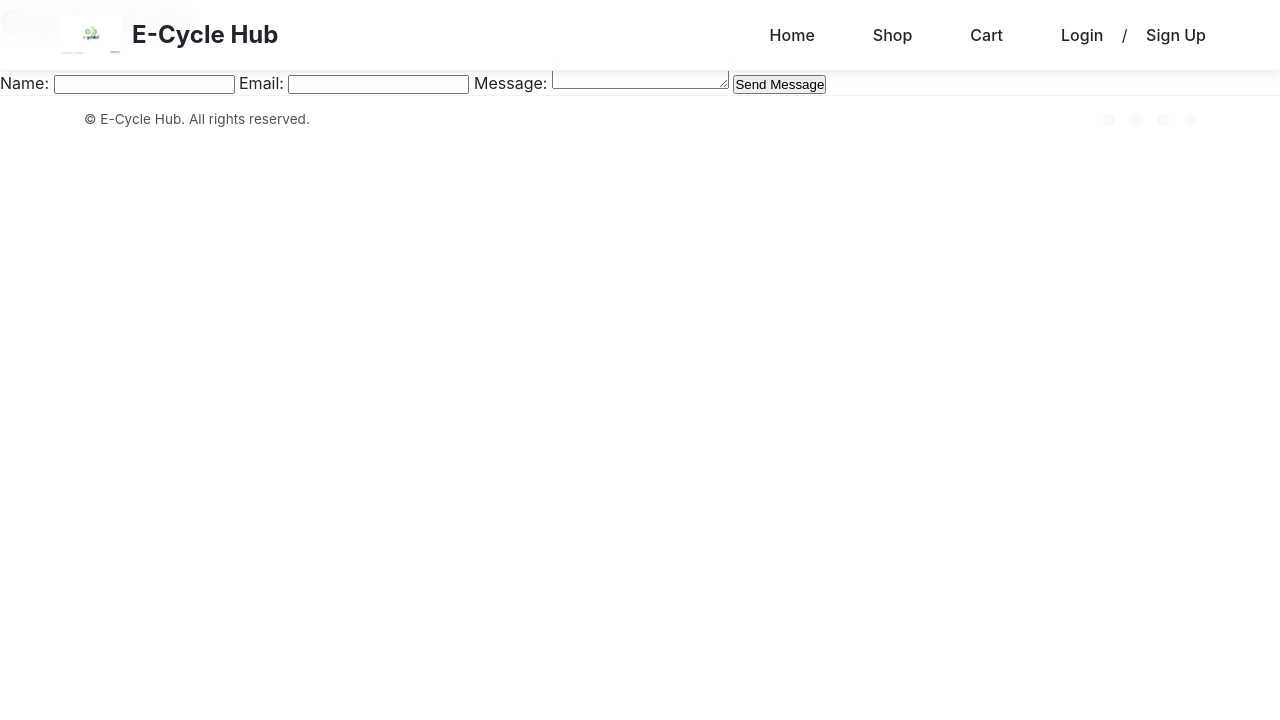
Repository: Rutuja-g/E-Cycle-Hub
Page: public/contact.html
An editor plug-in stored every save of this project. The page is shown before and after the next save, followed by the edit.
The browser window is 1280 px wide. The pictures show the whole page.

Above is the page before, as saved 2025-10-24 19:03:42.

After the next save:
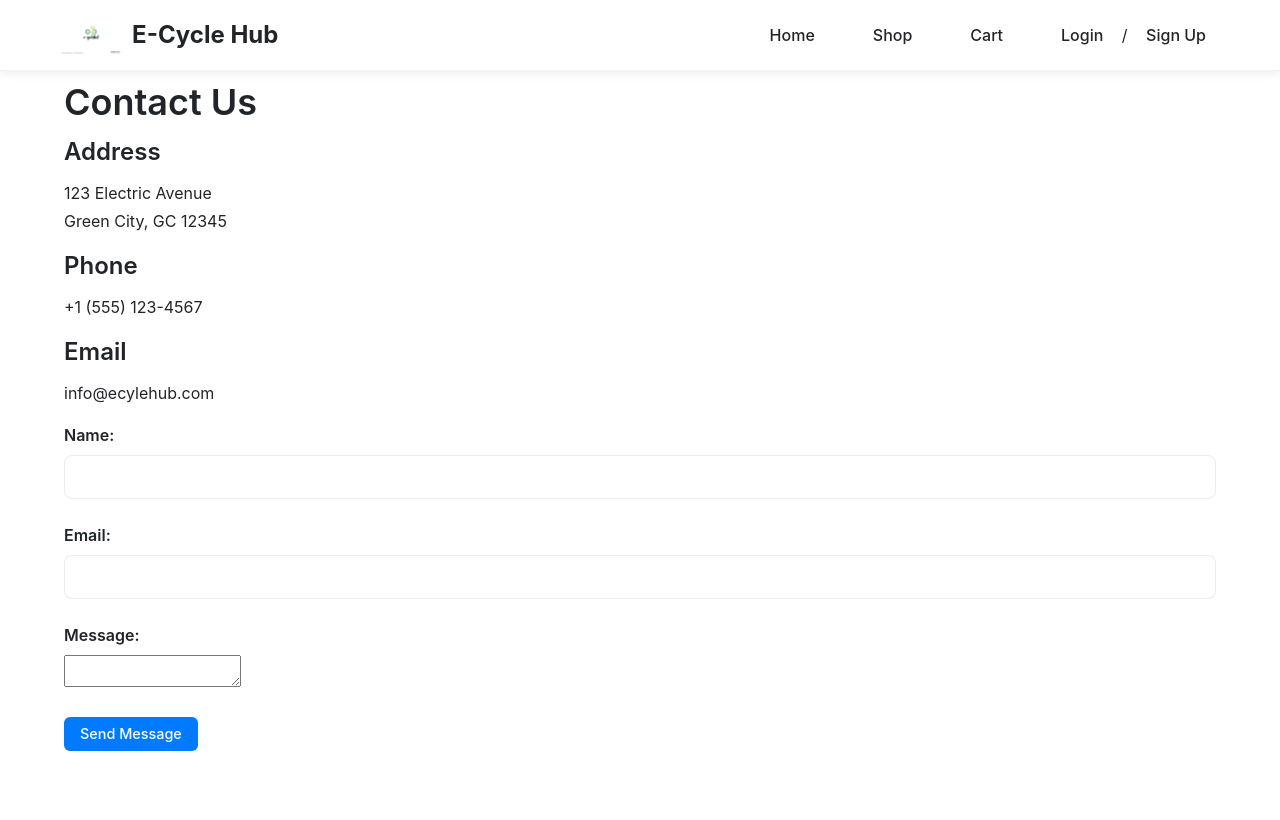
Saved 31 s later.
--- a/public/contact.html
+++ b/public/contact.html
@@ -12,24 +12,57 @@
   <body>
     <div id="header"></div>
 
-    <main>
+    <main class="main-content">
       <section class="contact">
-        <h1>Contact Us</h1>
-        <form id="contact-form">
-          <label for="name">Name:</label>
-          <input type="text" id="name" name="name" required />
-          <div id="nameError" class="error"></div>
+        <div class="container">
+          <h1>Contact Us</h1>
+          <div class="contact-content">
+            <div class="contact-info">
+              <div class="info-item">
+                <i class="fas fa-map-marker-alt"></i>
+                <div>
+                  <h3>Address</h3>
+                  <p>123 Electric Avenue<br />Green City, GC 12345</p>
+                </div>
+              </div>
+              <div class="info-item">
+                <i class="fas fa-phone"></i>
+                <div>
+                  <h3>Phone</h3>
+                  <p>+1 (555) 123-4567</p>
+                </div>
+              </div>
+              <div class="info-item">
+                <i class="fas fa-envelope"></i>
+                <div>
+                  <h3>Email</h3>
+                  <p>info@ecylehub.com</p>
+                </div>
+              </div>
+            </div>
+            <form id="contact-form" class="contact-form">
+              <div class="form-group">
+                <label for="name">Name:</label>
+                <input type="text" id="name" name="name" required />
+                <div id="nameError" class="error"></div>
+              </div>
 
-          <label for="email">Email:</label>
-          <input type="email" id="email" name="email" required />
-          <div id="emailError" class="error"></div>
+              <div class="form-group">
+                <label for="email">Email:</label>
+                <input type="email" id="email" name="email" required />
+                <div id="emailError" class="error"></div>
+              </div>
 
-          <label for="message">Message:</label>
-          <textarea id="message" name="message" required></textarea>
-          <div id="messageError" class="error"></div>
+              <div class="form-group">
+                <label for="message">Message:</label>
+                <textarea id="message" name="message" required></textarea>
+                <div id="messageError" class="error"></div>
+              </div>
 
-          <button type="submit">Send Message</button>
-        </form>
+              <button type="submit" class="btn">Send Message</button>
+            </form>
+          </div>
+        </div>
       </section>
     </main>
 
